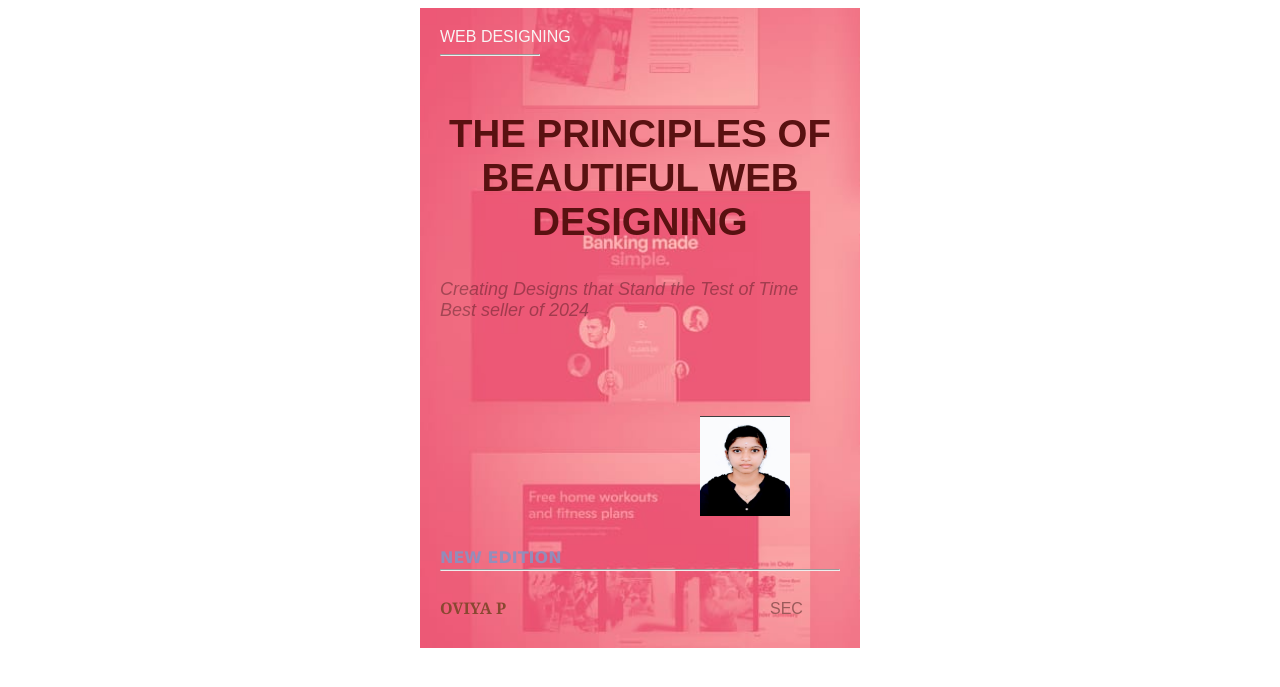
Repository: Oviya24032K6/cover
Page: oviya/coverapp/static/book.html
An editor plug-in stored every save of this project. The page is shown before and after the next save, followed by the edit.
The browser window is 1280 px wide. The pictures show the whole page.

Above is the page before, as saved 2024-04-09 13:55:44.

### oviya/coverapp/static/book.html
<!DOCTYPE html>
<html>

<head>
    <title>BOOK COVER</title>
    <style>
        .bookcover {
            width: 400px;
            height: 600px;
            color: black;
            margin-left: auto;
            margin-right: auto;
            padding: 20px;
            font-family: Arial, sans-serif; /* corrected font-family declaration */
            background-image: url(pink.jpg);
            background-size: cover;
        }

        .head {
            color: rgb(248, 245, 245);

        }

        .style {
            width: 100px;
        }

        .authorname {
            display: inline;
            position: relative;
            color: rgb(136, 72, 49);
            top: 190px;
            font-family: Georgia;
            font-size: medium;
        }

        .title {
            color: rgb(89, 17, 17);
            font-family: Arial, sans-serif; /* fallback font */
            font-size: larger;
            text-align: center;
            position: relative;
            top: 30px;

        }

        .line {
            width: 400px;
            position: relative;
            top: 180px;
        }

        .last {
            color: rgb(154, 90, 90);
            font-size: medium;
            position: relative;
            top: 155px;
            left: 330px;
        }

        .end {
            color: rgba(141, 143, 190, 0.94);
            font-size: medium;
            font-family: Verdana;
            position: relative;
            top: 85px;

        }

        .subtitle {
            color: rgba(20, 3, 3, 0.345);
            font-family: Arial, sans-serif; /* fallback font */
            font-size: large;
            position: relative;
            top: 40px;
        }

        .photo {
            position: relative;
            top: 135px;
            left: 260px;
            width: 90px; /* Adjust the size here */
            height: 100px; /* Adjust the size here */
        }
    </style>
</head>

<body>
    <div class="bookcover">
        <div class="head">
            WEB DESIGNING
        </div>
        <div class="style">
            <hr style="color:rgb(255, 7, 143)">
        </div>
        <div class="title">
            <h1>THE PRINCIPLES OF BEAUTIFUL WEB DESIGNING</h1>
        </div>
        <div class="subtitle"><I>
            Creating Designs that Stand the Test of Time</I>
        </div>
        <div class="subtitle">
            <I>Best seller of 2024</I>
        </div>

        <div class="photo">
            <img src="oviya pic.jpg" width="90" height="100">

        </div>
        <div class="line">
            <hr style="color:rgba(222, 8, 8, 0.555)">
        </div>
        <div class="authorname">
            <p><b>OVIYA P</b></p>
        </div>
        <div class="last">
            SEC
        </div>
        <div class="end">
            <b>NEW EDITION</b>
        </div>
    </div>
</body>

</html>

After the next save:
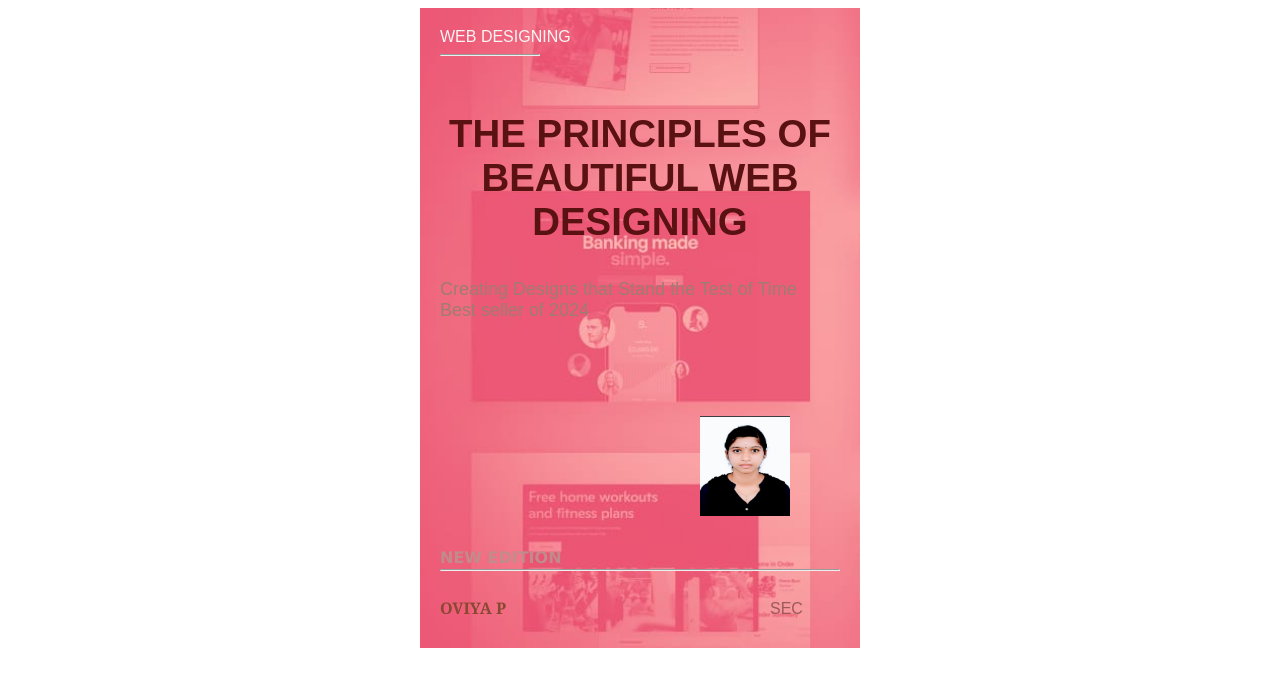
Saved 18 h 42 min later.
--- a/oviya/coverapp/static/book.html
+++ b/oviya/coverapp/static/book.html
@@ -59,7 +59,7 @@
         }
 
         .end {
-            color: rgba(141, 143, 190, 0.94);
+            color: rgba(190, 141, 141, 0.94);
             font-size: medium;
             font-family: Verdana;
             position: relative;
@@ -68,7 +68,7 @@
         }
 
         .subtitle {
-            color: rgba(20, 3, 3, 0.345);
+            color: rgb(158, 124, 114);
             font-family: Arial, sans-serif; /* fallback font */
             font-size: large;
             position: relative;
@@ -91,24 +91,23 @@
             WEB DESIGNING
         </div>
         <div class="style">
-            <hr style="color:rgb(255, 7, 143)">
+            <hr style="color:rgb(211, 120, 120)">
         </div>
         <div class="title">
             <h1>THE PRINCIPLES OF BEAUTIFUL WEB DESIGNING</h1>
         </div>
-        <div class="subtitle"><I>
-            Creating Designs that Stand the Test of Time</I>
+        <div class="subtitle">
+            Creating Designs that Stand the Test of Time
         </div>
         <div class="subtitle">
-            <I>Best seller of 2024</I>
+            Best seller of 2024
         </div>
 
         <div class="photo">
             <img src="oviya pic.jpg" width="90" height="100">
-
         </div>
         <div class="line">
-            <hr style="color:rgba(222, 8, 8, 0.555)">
+            <hr style="color:rgba(81, 13, 13, 0.555)">
         </div>
         <div class="authorname">
             <p><b>OVIYA P</b></p>
